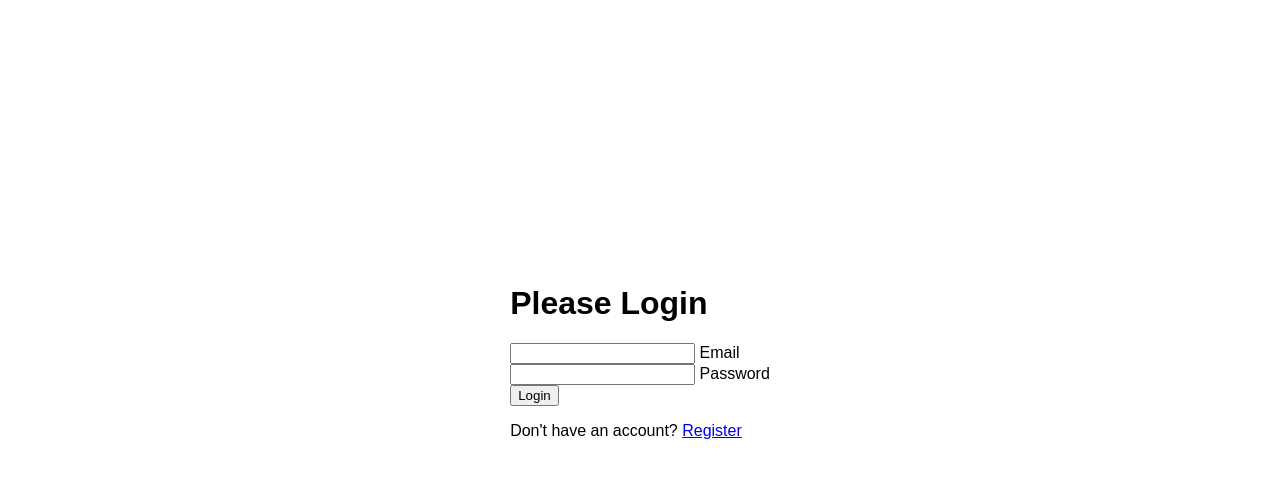
Repository: thecoachanna/form-animation
Page: index.html
The author's editor kept a copy of each file at every save. The page is drawn from the files as they stood at one save, then again after a run of saves.
The browser window is 1280 px wide. The pictures show the whole page.
Some web fonts or font styles are not loaded; a fallback is used.

Above is the page before, as saved 2023-02-26 09:53:25.

### index.html
<!DOCTYPE html>
<html lang="en">
<head>
    <meta charset="UTF-8">
    <meta http-equiv="X-UA-Compatible" content="IE=edge">
    <meta name="viewport" content="width=device-width, initial-scale=1.0">
    <link rel="stylesheet" href="style.css">
    <title>Wave Animation</title>
</head>
<body>
    <div class="container">
        <h1>Please Login</h1>
        <form>
            <div class="form-control">
                <input type="text" required>
                <label>Email</label>
            </div>
            <div class="form-control">
                <input type="password" required>
                <label>Password</label>
            </div>
            <button class="btn">Login</button>

            <p class="text">Don't have an account? <a href="#">Register</a></p>
        </form>
    </div>
    <script src="script.js"></script>
</body>
</html>

### style.css
@import url('https://fonts.googleapis.com/css?family=Muli&display=swap');


* {
    box-sizing: border-box;
}

body {
    font-family: 'Muli', sans-serif;
    display: flex;
    flex-direction: column;
    align-items: center;
    justify-content: center;
    height: 100vh;
    overflow: hidden;
    margin: 0;
}

Loaded but not shown: script.js (no copy from this time; the picture is the same without it)

After the next 4 saves:
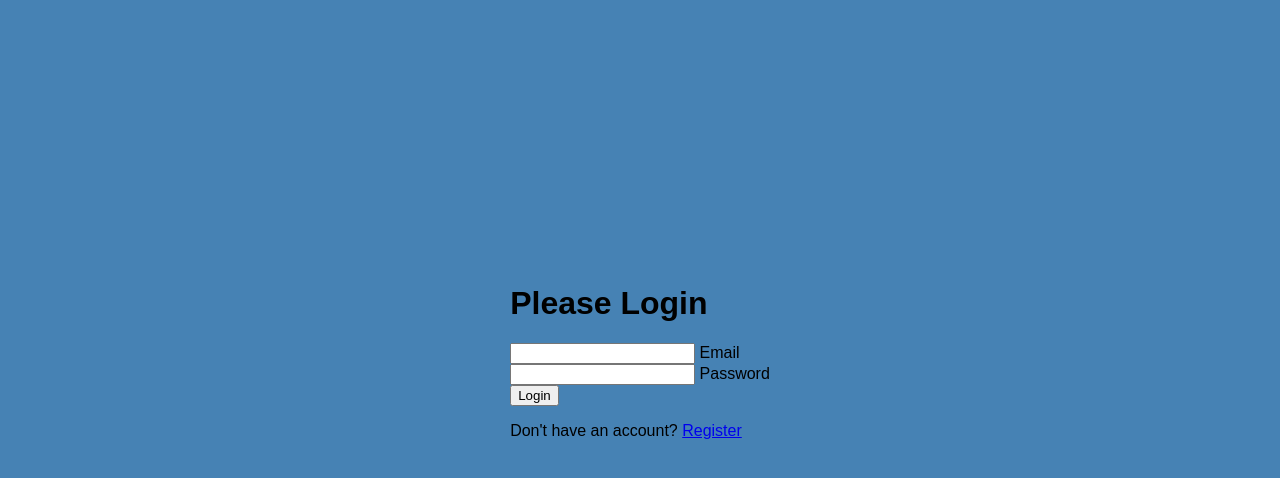
The 4 saves are shown as one change because they came seconds apart.
The last was saved 19 s later.
--- a/style.css
+++ b/style.css
@@ -6,6 +6,8 @@
 }
 
 body {
+    background-color: steelblue;
+
     font-family: 'Muli', sans-serif;
     display: flex;
     flex-direction: column;
